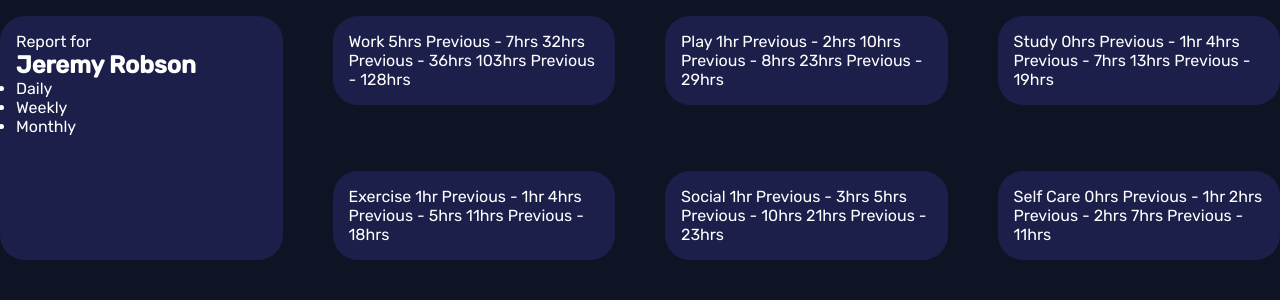
Repository: 3mr-5aled/time-tracking-dashboard-Junior
Page: index.html
The author's editor kept a copy of each file at every save. The page is drawn from the files as they stood at one save, then again after the next save.
The browser window is 1280 px wide. The pictures show the whole page.

Above is the page before, as saved 2022-12-27 15:36:35.

After the next save:
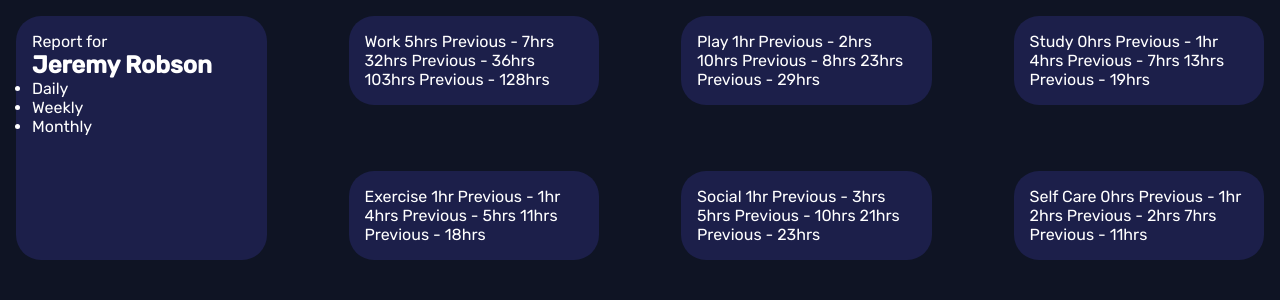
Saved 30 s later.
--- a/style.css
+++ b/style.css
@@ -58,6 +58,8 @@ body {
   border-radius: 25px;
   padding: 1rem;
   margin-top: 1rem;
+  margin-right: 1rem;
+  margin-left: 1rem;
 }
 
 .user {
